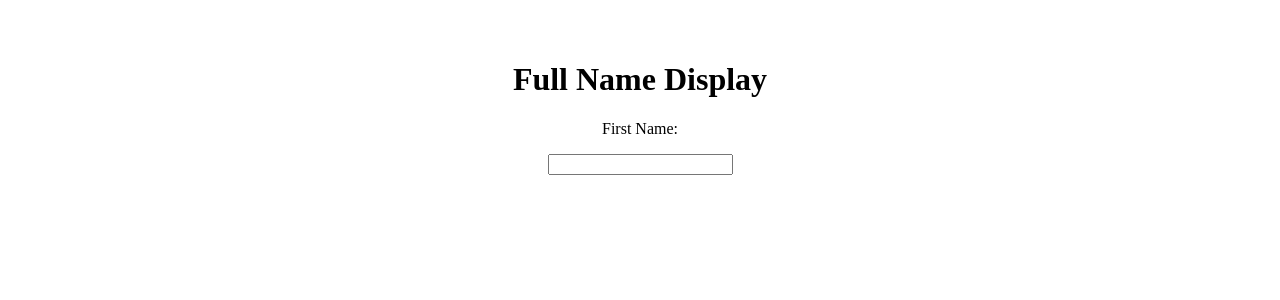
Repository: rajratangm/NameForm
Page: / (app in nameform/)
An editor plug-in stored every save of this project. The page is shown before and after the next save, followed by the edit.
The browser window is 1280 px wide. The pictures show the whole page.
The project was rebuilt for these pictures with package versions that can differ from the ones it lists, and the page was loaded fresh each time. Also part of the build but not shown: nameform/vite.config.js.

Above is the page before, as saved 2024-04-02 16:23:43.

After the next save:
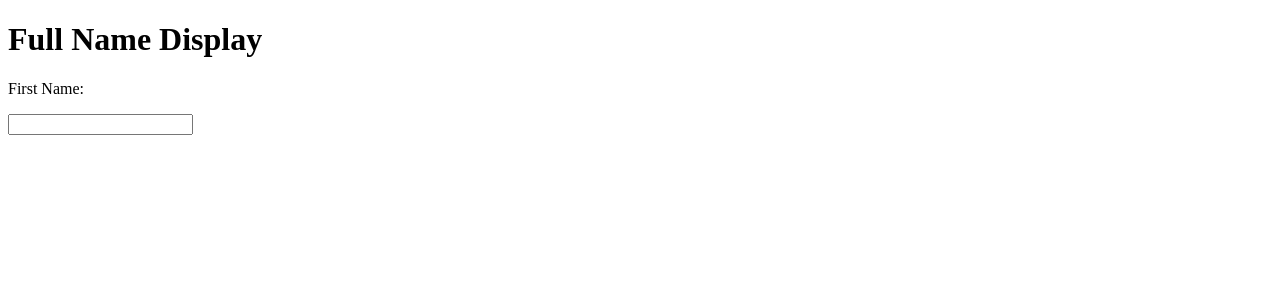
Saved 4 s later.
--- a/nameform/src/App.jsx
+++ b/nameform/src/App.jsx
@@ -1,7 +1,7 @@
 import { useState } from 'react'
 import reactLogo from './assets/react.svg'
 import viteLogo from '/vite.svg'
-import './App.css'
+// import './App.css'
 
 function App() {
   const [count, setCount] = useState(0)
